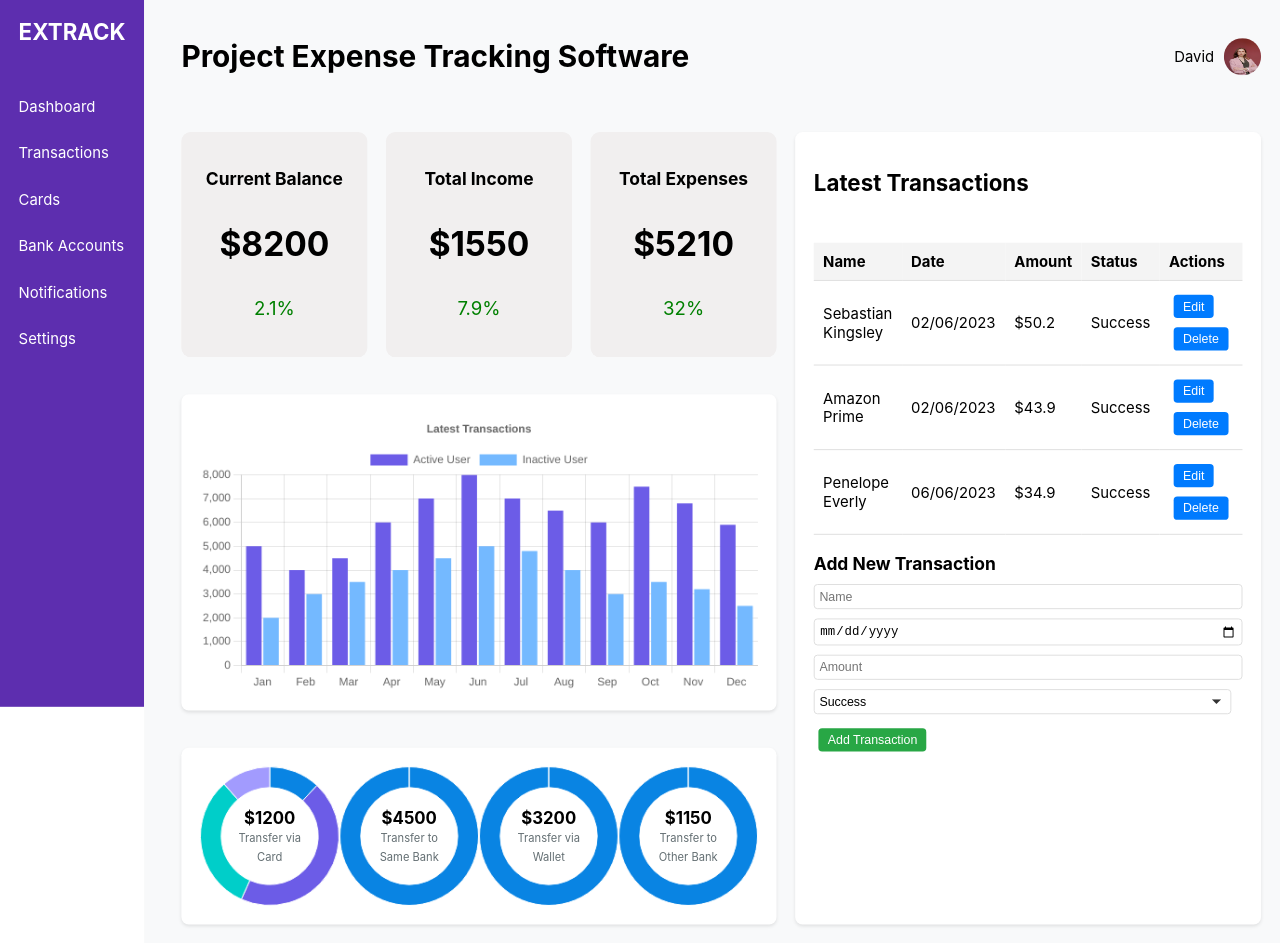
Repository: ChristhurasaRoshan/Expense-Tracker
Page: /
These files come from the project's save history. The page is drawn as it stood at one moment and after the next save; the edit follows.
The browser window is 1280 px wide. The page is 1376 px wide, so the pictures cover 1376 px, including what lies to the right of the window. The pictures show the whole page, at 93% of full size.
The project was rebuilt for these pictures with package versions that can differ from the ones it lists, and the page was loaded fresh each time.

Above is the page before, as saved 2024-08-21 22:18:18.

After the next save:
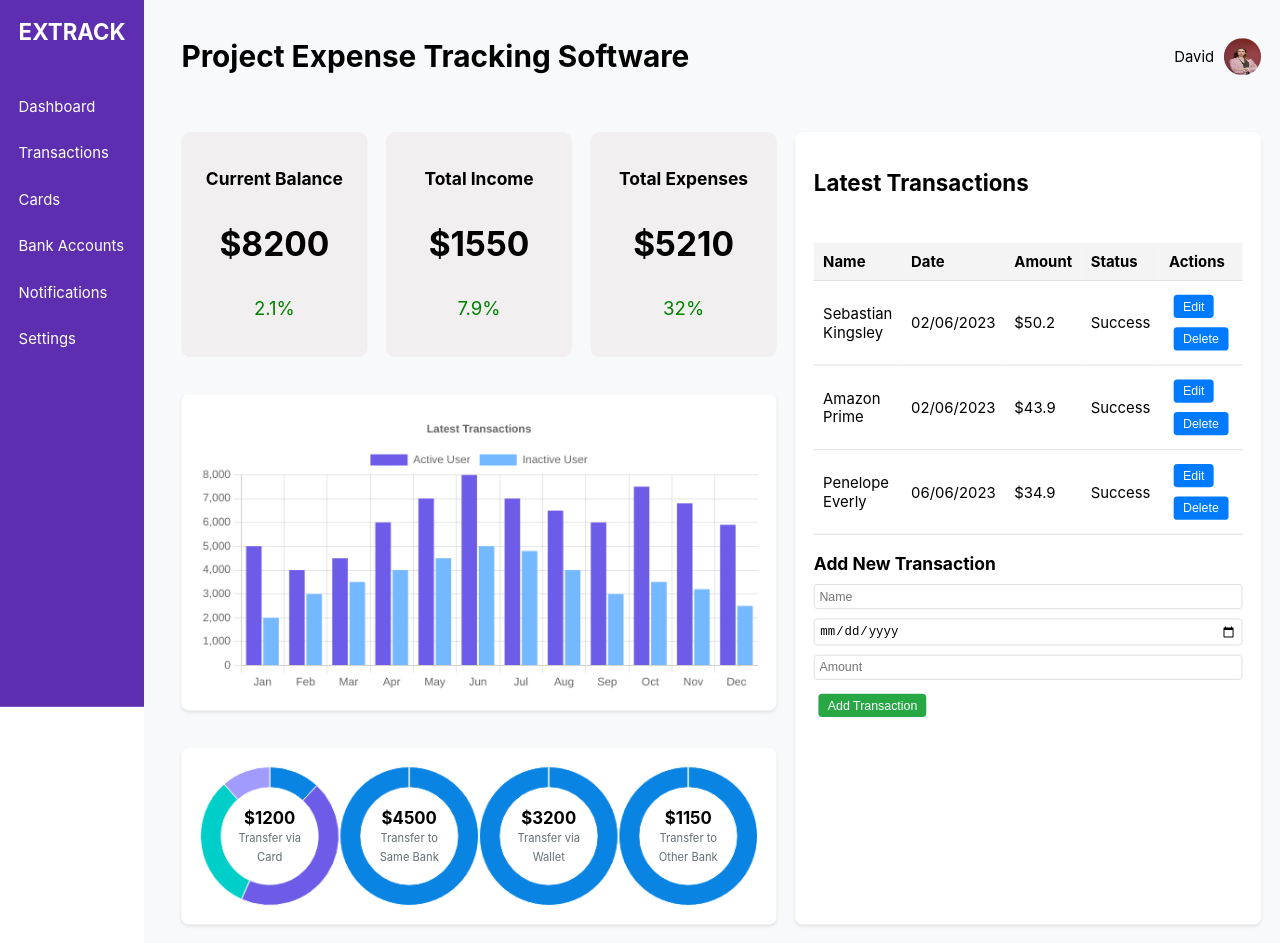
Saved 53 s later.
--- a/src/Components/TransactionList.jsx
+++ b/src/Components/TransactionList.jsx
@@ -83,26 +83,14 @@ const TransactionList = () => {
                   transaction.amount
                 )}
               </td>
-              <td>
-                {editTransaction && editTransaction.id === transaction.id ? (
-                  <select
-                    value={editTransaction.status}
-                    onChange={(e) => setEditTransaction({ ...editTransaction, status: e.target.value })}
-                  >
-                    <option value="Success">Success</option>
-                    <option value="Fail">Fail</option>
-                  </select>
-                ) : (
-                  transaction.status
-                )}
-              </td>
+              <td>{transaction.status}</td>
               <td>
                 {editTransaction && editTransaction.id === transaction.id ? (
                   <button onClick={() => handleUpdateTransaction(transaction.id)}>Save</button>
                 ) : (
                   <button onClick={() => handleEditClick(transaction)}>Edit</button>
                 )}
-                <button onClick={() => handleDelete(transaction.id)}>Delete</button>
+                <button onClick={() => handleDelete(transaction.id)}>Delete</button> {/* Add confirmation prompt here */}
               </td>
             </tr>
           ))}
@@ -129,13 +117,6 @@ const TransactionList = () => {
           value={newTransaction.amount}
           onChange={(e) => setNewTransaction({ ...newTransaction, amount: e.target.value })}
         />
-        <select
-          value={newTransaction.status}
-          onChange={(e) => setNewTransaction({ ...newTransaction, status: e.target.value })}
-        >
-          <option value="Success">Success</option>
-          <option value="Fail">Fail</option>
-        </select>
         <button onClick={handleAddTransaction}>Add Transaction</button>
       </div>
     </div>
